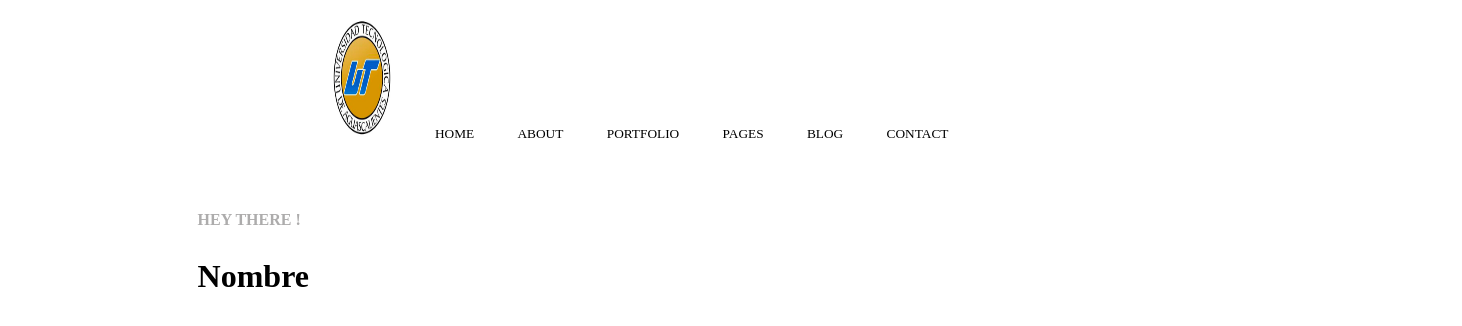
Repository: Armandoyerek11/proyectou1
Page: index.html
These files come from the project's save history. The page is drawn as it stood at one moment and after the next save; the edit follows.
The browser window is 1280 px wide. The page is 1462 px wide, so the pictures cover 1462 px, including what lies to the right of the window. The pictures show the whole page.

Above is the page before, as saved 2022-05-30 13:48:59.

After the next save:
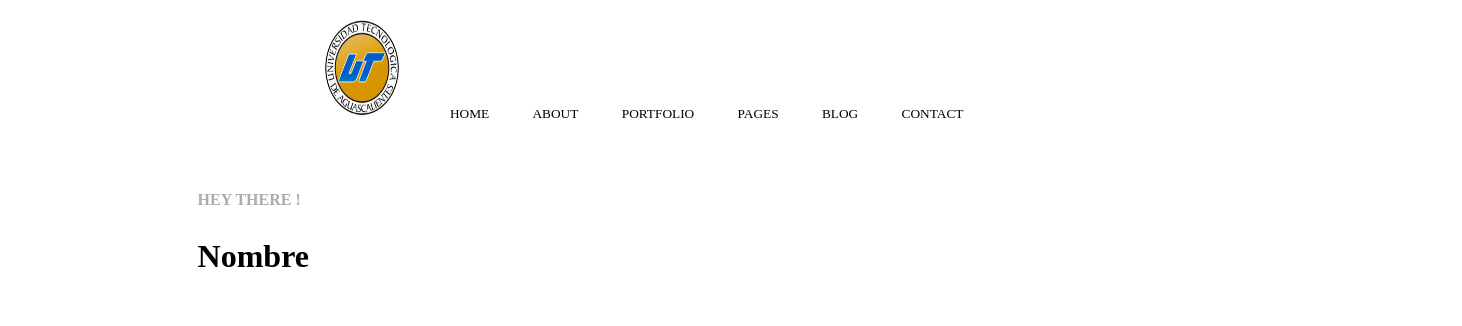
Saved 12 s later.
--- a/index.html
+++ b/index.html
@@ -11,7 +11,7 @@
 
 <body>
     <nav>
-        <a><img src="logo.jpg" width="100" height="120"></li>
+        <a><img src="logo.jpg" width="130" height="100"></li>
         </a>
         <a href="#" class="nav_bar">HOME</a>
         <a href="#" class="nav_bar">ABOUT</a>
